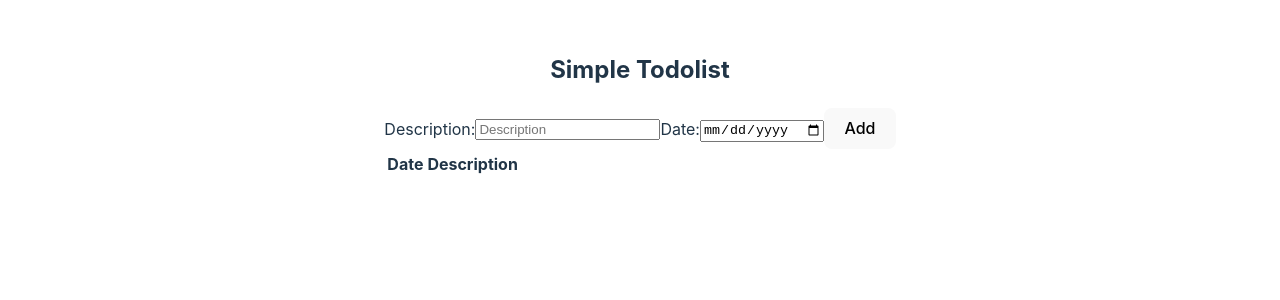
Repository: Aminul-Islam85/Todolist-with-delete
Page: /
An editor plug-in stored every save of this project. The page is shown before and after the next save, followed by the edit.
The browser window is 1280 px wide. The pictures show the whole page.
The project was rebuilt for these pictures with package versions that can differ from the ones it lists, and the page was loaded fresh each time. Also part of the build but not shown: vite.config.js.

Above is the page before, as saved 2024-09-23 19:53:32.

### src/App.jsx
import './App.css'
import TodoList from './components/TodoList';
const App = () => {
  return (
    <div>
    <TodoList/>

    </div>
  );
};

export default App;

### src/index.css
:root {
  font-family: Inter, system-ui, Avenir, Helvetica, Arial, sans-serif;
  line-height: 1.5;
  font-weight: 400;

  color-scheme: light dark;
  color: rgba(255, 255, 255, 0.87);
  background-color: #242424;

  font-synthesis: none;
  text-rendering: optimizeLegibility;
  -webkit-font-smoothing: antialiased;
  -moz-osx-font-smoothing: grayscale;
}

a {
  font-weight: 500;
  color: #646cff;
  text-decoration: inherit;
}
a:hover {
  color: #535bf2;
}

body {
  margin: 0;
  display: flex;
  place-items: flex-start;
  min-width: 320px;
  min-height: 100vh;
}

h1 {
  font-size: 3.2em;
  line-height: 1.1;
}

button {
  border-radius: 8px;
  border: 1px solid transparent;
  padding: 0.6em 1.2em;
  font-size: 1em;
  font-weight: 500;
  font-family: inherit;
  background-color: #1a1a1a;
  cursor: pointer;
  transition: border-color 0.25s;
}
button:hover {
  border-color: #646cff;
}
button:focus,
button:focus-visible {
  outline: 4px auto -webkit-focus-ring-color;
}

@media (prefers-color-scheme: light) {
  :root {
    color: #213547;
    background-color: #ffffff;
  }
  a:hover {
    color: #747bff;
  }
  button {
    background-color: #f9f9f9;
  }
}

### src/components/TodoList.jsx
import { useState } from 'react';
import TodoTable from './TodoTable';

const TodoList = () => {
    const [todo, setTodo] = useState({ description: "", duedate: "" });
    const [todos, setTodos] = useState([]);

    const handleAdd = () => {
        if (!todo.description || !todo.duedate) {
            alert("Type something in both fields");
            return;
        }

        setTodos([todo, ...todos]);
        setTodo({ description: "", duedate: "" });
    };

    const handleDelete = (row) => {
        setTodos(todos.filter((_, index) => row !== index));
    };

    return (
        <div className="todo-container">
            <div className="header">
                <h2>Simple Todolist</h2>
            </div>
            <div className="form-container">
                <form onSubmit={(e) => { e.preventDefault(); handleAdd(); }}>
                    <label htmlFor="description">Description:</label>
                    <input
                        type="text"
                        id="description"
                        placeholder='Description'
                        value={todo.description}
                        onChange={event => setTodo({ ...todo, description: event.target.value })}
                    />
                    <label htmlFor="duedate">Date:</label>
                    <input
                        type="date"
                        id="duedate"
                        placeholder='Date'
                        value={todo.duedate}
                        onChange={event => setTodo({ ...todo, duedate: event.target.value })}
                    />
                    <button type="submit">Add</button>
                </form>
            </div>
            <TodoTable todos={todos} handleDelete={handleDelete} />
        </div>
    );
};

export default TodoList;

### src/components/TodoTable.jsx
const TodoTable = (props) => {
    return (
        <table className="todo-table">
            <thead>
                <tr>
                    <th>Date</th>
                    <th>Description</th>
                </tr>
            </thead>
            <tbody>
                {
                    props.todos.map((todo, index) =>
                        <tr key={index}>
                            <td>{todo.duedate}</td>
                            <td>{todo.description}</td>
                        </tr>
                    )
                }
            </tbody>
        </table>
    );
};

export default TodoTable;

Loaded but not shown: index.html (common file); src/main.jsx (common file); src/App.css (common file)

After the next save:
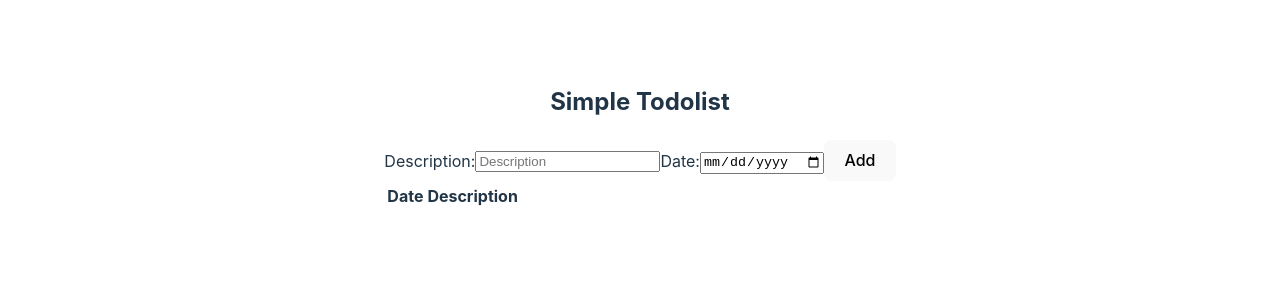
Saved 35 s later.
--- a/src/App.jsx
+++ b/src/App.jsx
@@ -1,12 +1,12 @@
-import './App.css'
+import './App.css';
 import TodoList from './components/TodoList';
+
 const App = () => {
-  return (
-    <div>
-    <TodoList/>
-
-    </div>
-  );
+    return (
+        <div id="root">
+            <TodoList />
+        </div>
+    );
 };
 
 export default App;
